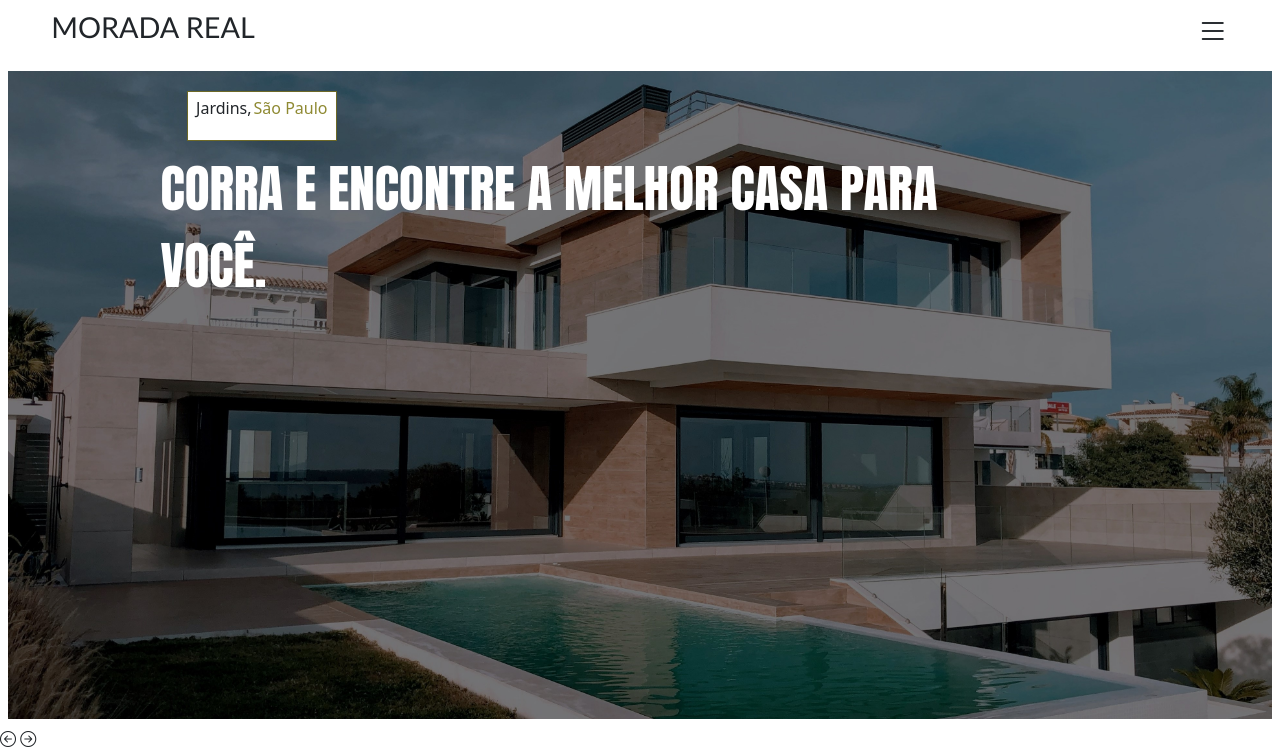
Repository: Mattyns/moradareal
Page: index.html
The author's editor kept a copy of each file at every save. The page is drawn from the files as they stood at one save, then again after the next save.
The browser window is 1280 px wide. The pictures show the whole page.

Above is the page before, as saved 2025-07-11 18:33:43.

After the next save:
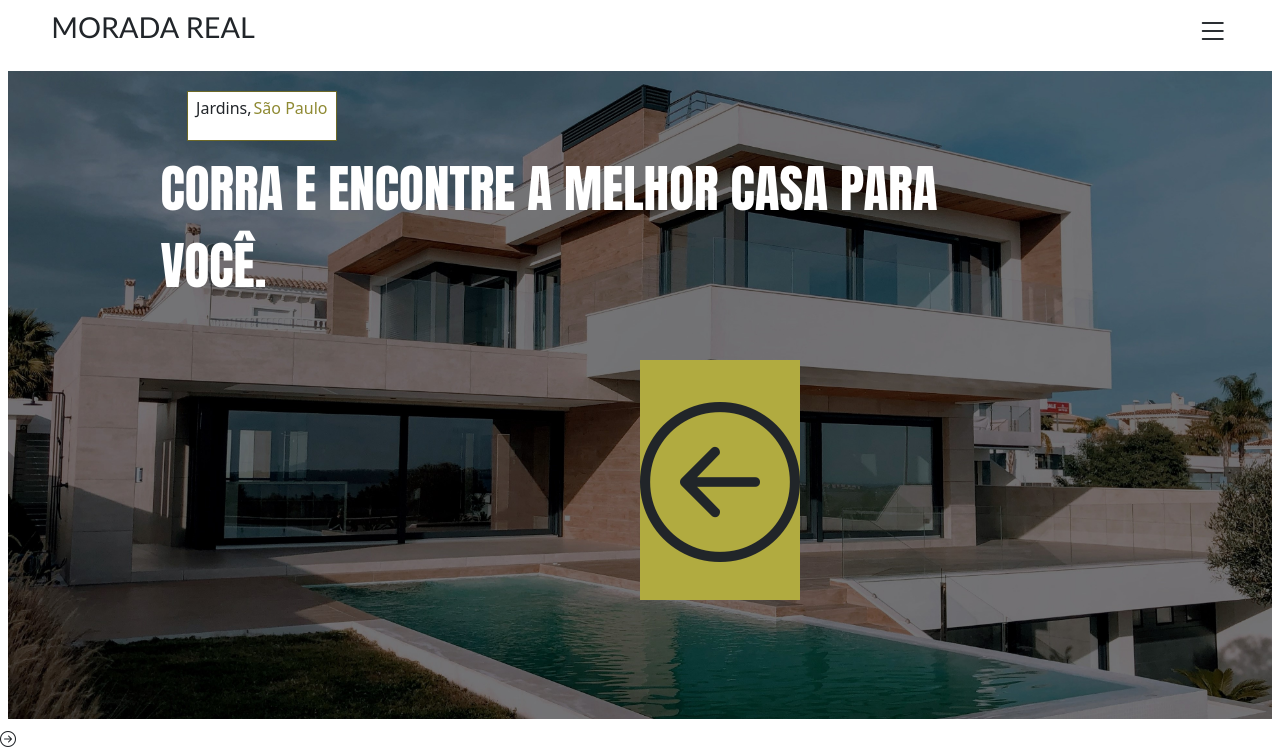
Saved 4 s later.
--- a/index.html
+++ b/index.html
@@ -55,7 +55,7 @@
 
             </section>
 
-            <i class="bi-arrow-left-circle" id="img__button--left"></i>
+            <i class="img__button  bi-arrow-left-circle" id="img__button--left"></i>
                 <i class="bi-arrow-right-circle" id="img__button img__button--right"></i>
         </main>
 
